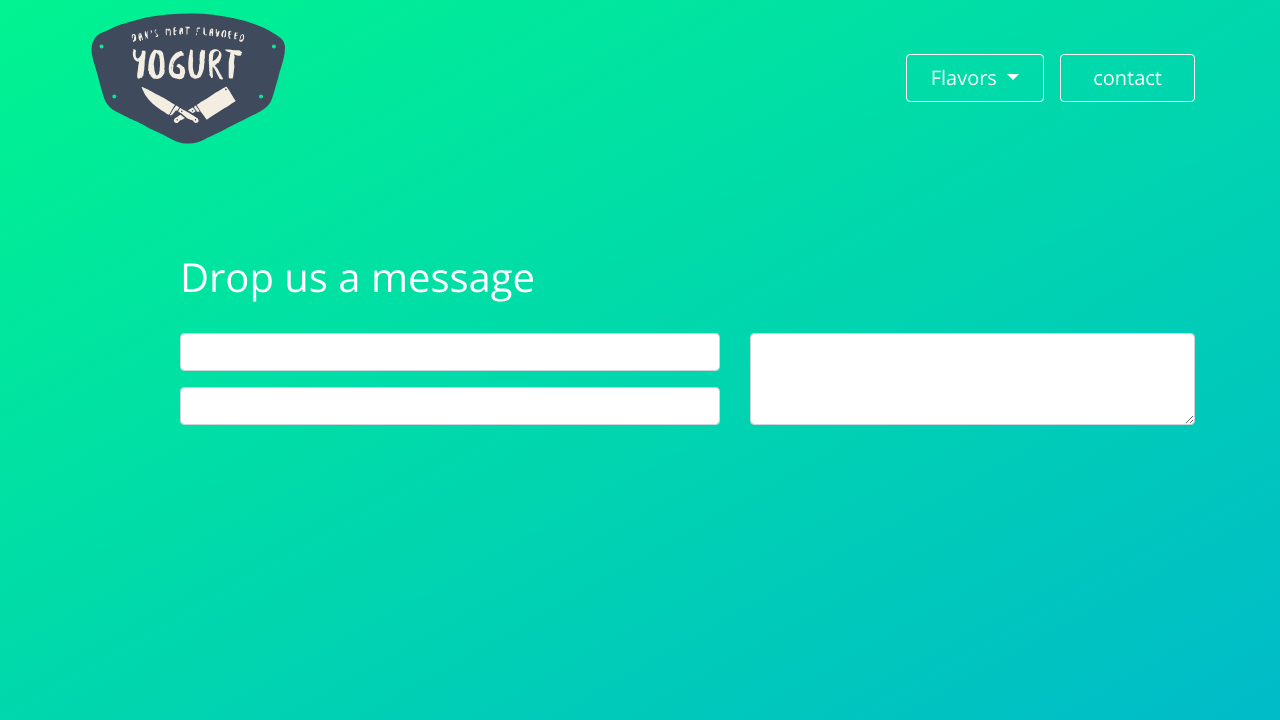
Repository: hoangnam180/Huyen
Page: Form.html
An editor plug-in stored every save of this project. The page is shown before and after the next save, followed by the edit.
The browser window is 1280 px wide. The pictures show the whole page.

Above is the page before, as saved 2021-12-03 19:02:22.
Not found: space.scss

After the next save:
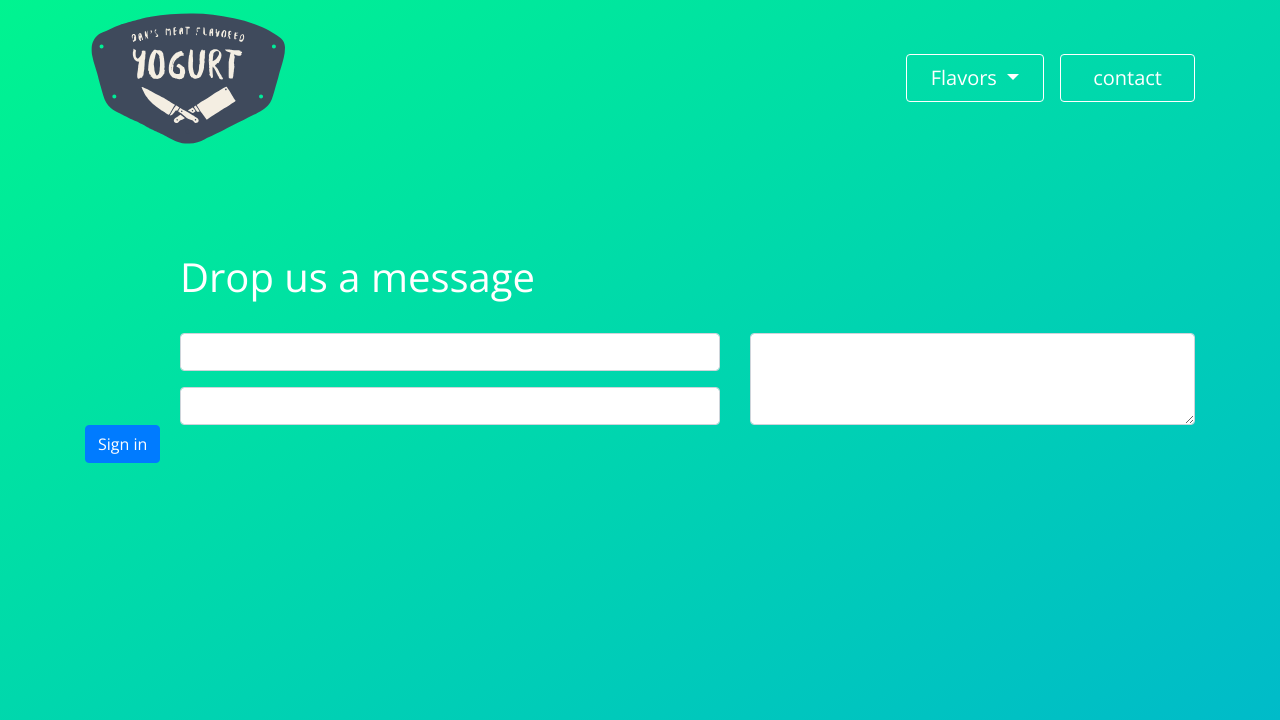
Saved 3 min 57 s later.
--- a/Form.html
+++ b/Form.html
@@ -60,10 +60,10 @@
             <div class="col-6 offset-1">
                 <div class="row flex-column">
                     <div class="col">
-                        <input type="email" class="form-control ">
+                        <input type="email" class="form-control">
                     </div>
                     <div class="col">
-                        <input type="text" id="" class="form-control  mt-3" placeholder="">
+                        <input type="text" id="" class="form-control mt-3" placeholder="">
                     </div>
                 </div>
             </div>
@@ -71,6 +71,7 @@
                 <textarea style="height: 100%;" class="form-control" placeholder=""></textarea>
             </div>
         </div>
+        <button type="submit" class="btn btn-primary">Sign in</button>
     </div>
   </div>
 

After the save that followed:
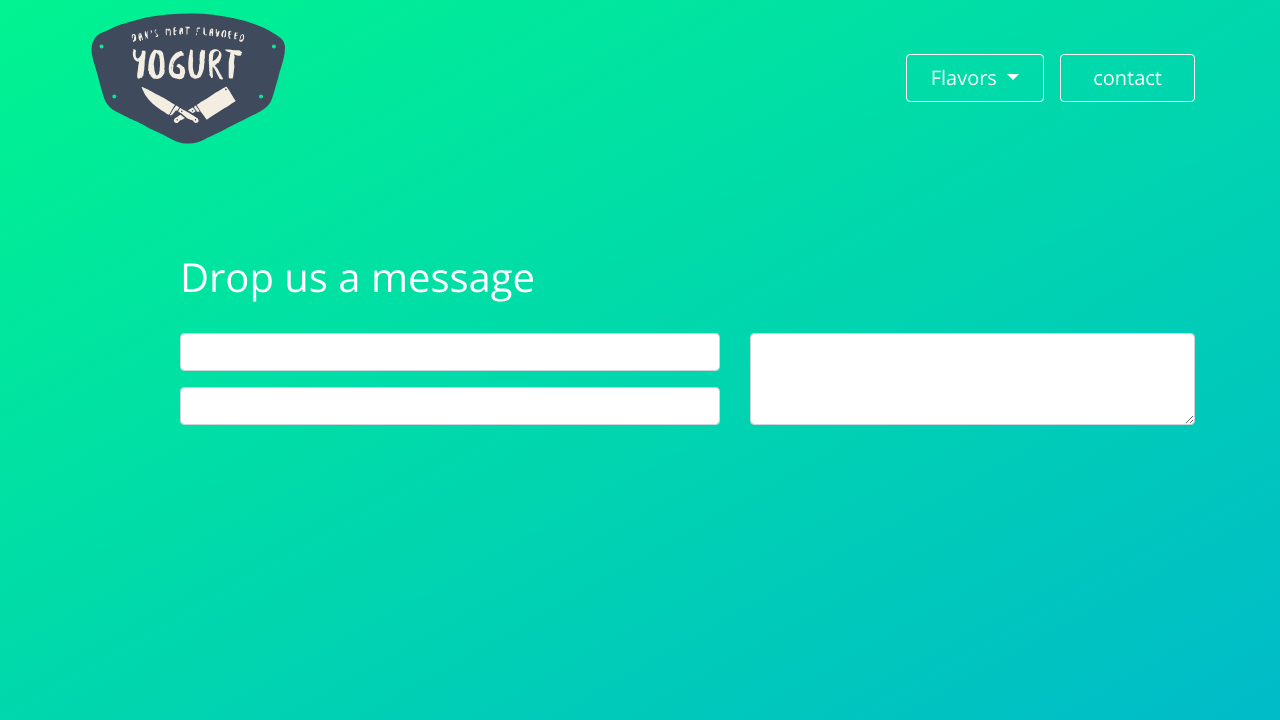
Saved 23 s later.
--- a/Form.html
+++ b/Form.html
@@ -71,7 +71,9 @@
                 <textarea style="height: 100%;" class="form-control" placeholder=""></textarea>
             </div>
         </div>
-        <button type="submit" class="btn btn-primary">Sign in</button>
+        <div class="row">
+            <div class="col offset-1"></div>
+        </div>
     </div>
   </div>
 
